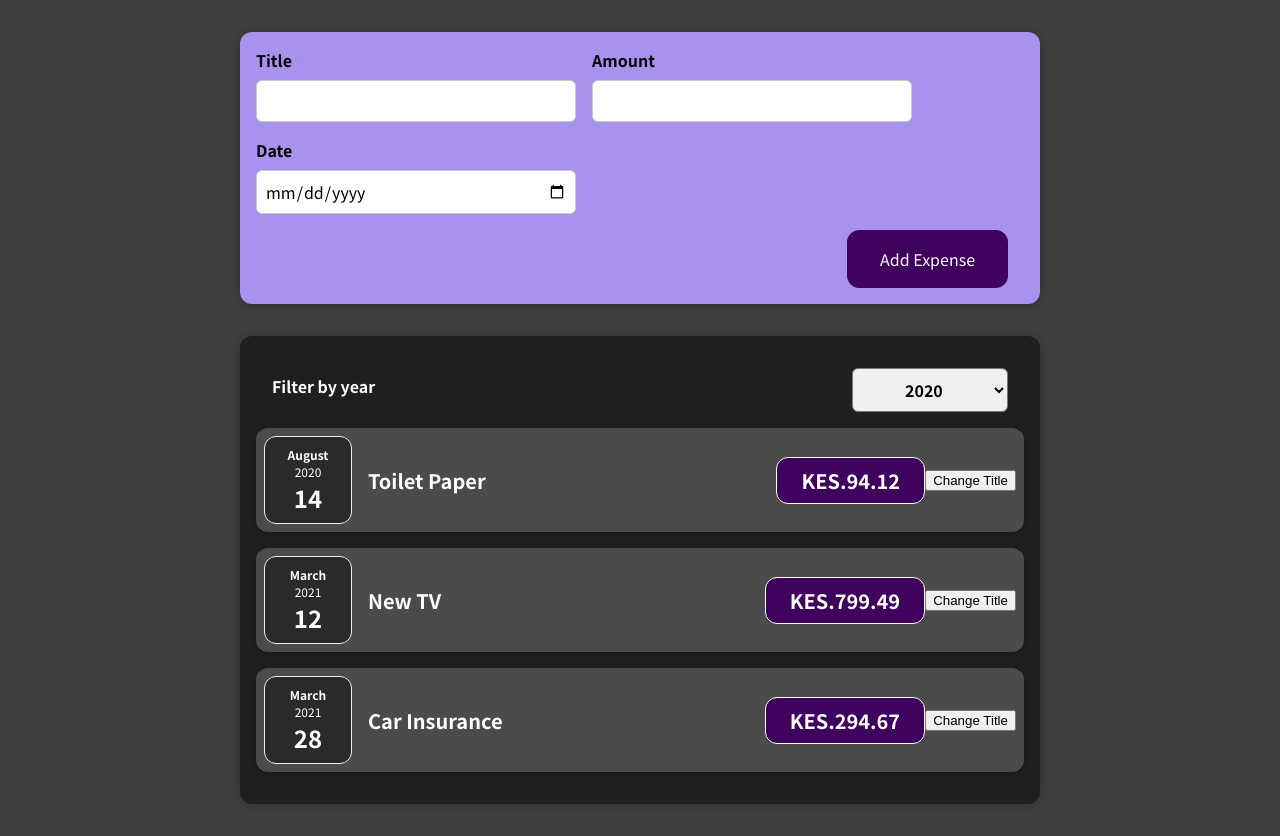
Repository: Samkiroko/expense-tracker-react
Page: /
The author's editor kept a copy of each file at every save. The page is drawn from the files as they stood at one save, then again after the next save.
The browser window is 1280 px wide. The pictures show the whole page.
The project was rebuilt for these pictures with package versions that can differ from the ones it lists, and the page was loaded fresh each time.

Above is the page before, as saved 2021-06-09 08:15:29.

After the next save:
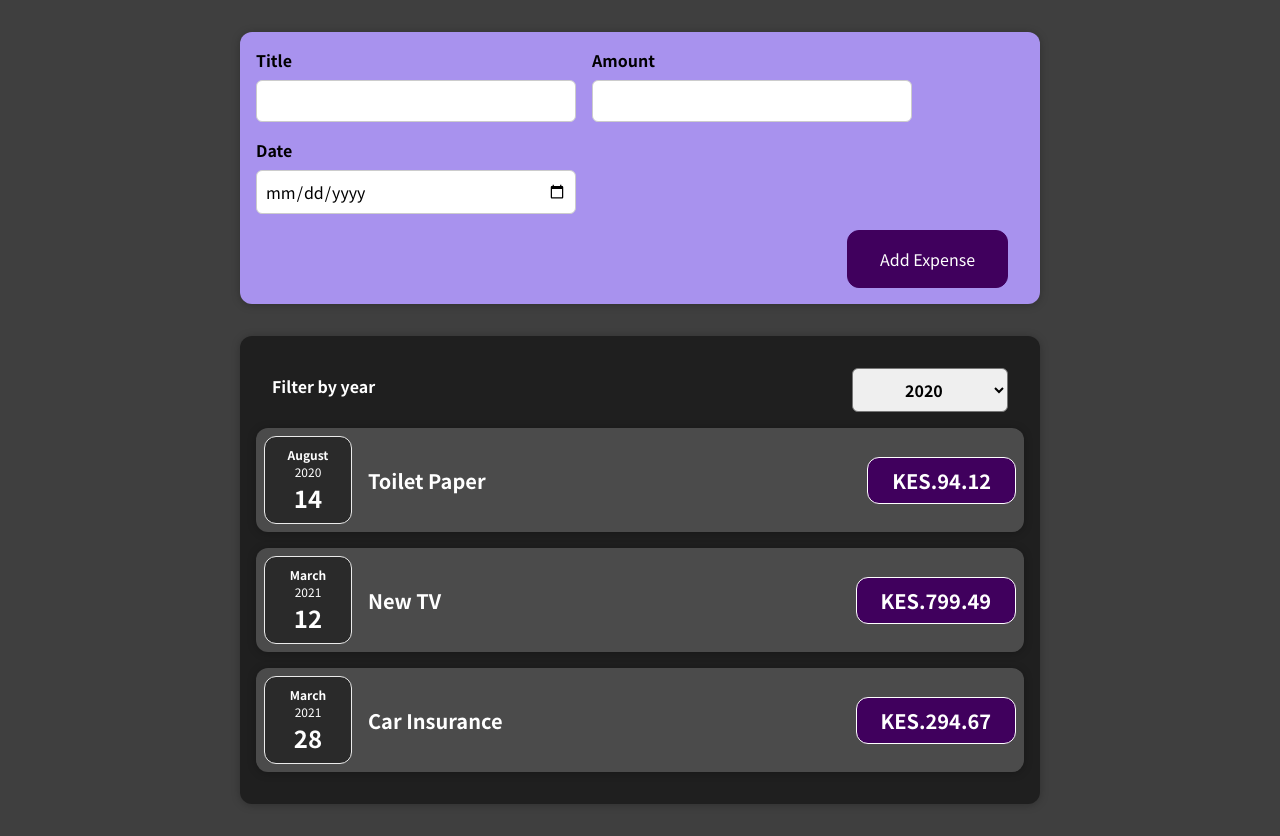
Saved 5 min 56 s later.
--- a/src/components/Expenses/ExpenseItem.js
+++ b/src/components/Expenses/ExpenseItem.js
@@ -1,11 +1,9 @@
-import React, { useState } from 'react'
+import React from 'react'
 import Card from '../UI/Card'
 import ExpenseDate from './ExpenseDate'
 import './ExpenseItem.css'
 
 function ExpenseItem(props) {
-  const [title, setTitle] = useState(props.title)
-
   const clickHandler = () => {
     setTitle('Update!')
   }
@@ -13,10 +11,9 @@ function ExpenseItem(props) {
     <Card className='expense-item'>
       <ExpenseDate date={props.date} />
       <div className='expense-item__description'>
-        <h2>{title}</h2>
+        <h2>{props.title}</h2>
         <div className='expense-item__price'>KES.{props.amount}</div>
       </div>
-      <button onClick={clickHandler}>Change Title</button>
     </Card>
   )
 }
